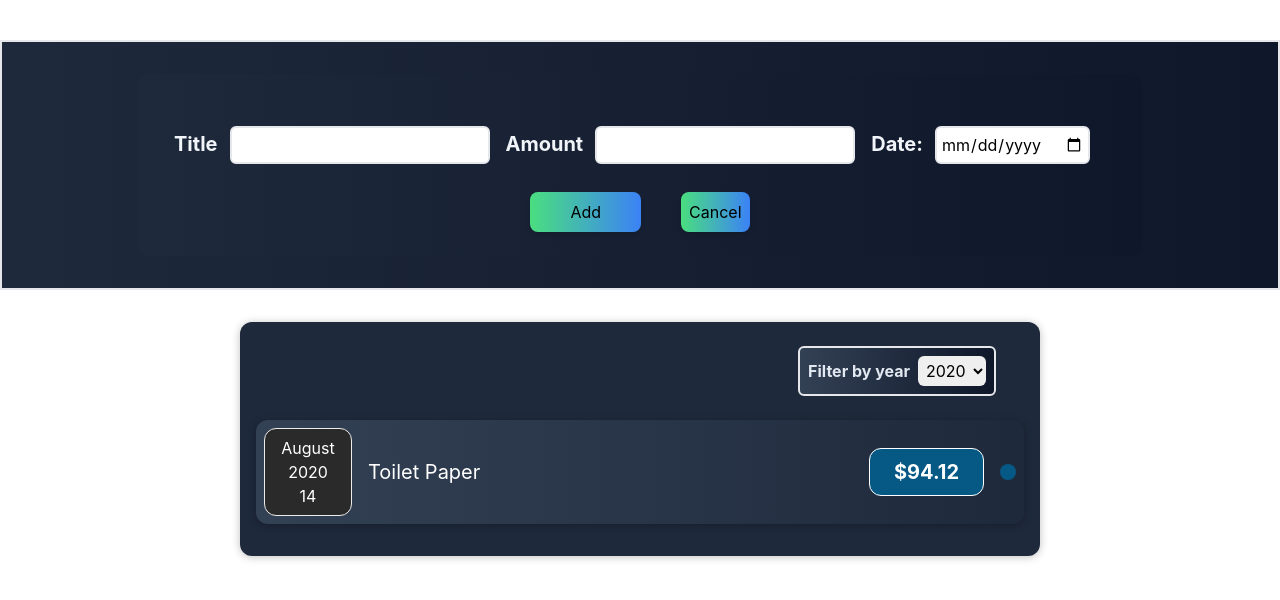
Repository: Sef24/expense-tracker
Page: /, after clicking the first element matching `button.flex`
These files come from the project's save history. The page is drawn as it stood at one moment and after the next save; the edit follows.
The browser window is 1280 px wide. The pictures show the whole page.
The project was rebuilt for these pictures with package versions that can differ from the ones it lists, and the page was loaded fresh each time. Also part of the build but not shown: src/components/NewExpense/NewExpense.css, src/components/NewExpense/ExpenseForm.css.

Above is the page before, as saved 2022-05-03 19:05:12.

### public/index.html
<!DOCTYPE html>
<html lang="en">
  <head>
    <meta charset="utf-8" />
    <link rel="icon" href="%PUBLIC_URL%/favicon.ico" />
    <meta name="viewport" content="width=device-width, initial-scale=1" />

    <meta
      name="description"
      content="Web site created using create-react-app"
    />
    <link rel="apple-touch-icon" href="%PUBLIC_URL%/logo192.png" />
    <!--
      manifest.json provides metadata used when your web app is installed on a
      user's mobile device or desktop. See https://developers.google.com/web/fundamentals/web-app-manifest/
    -->
    <link rel="manifest" href="%PUBLIC_URL%/manifest.json" />
    <!--
      Notice the use of %PUBLIC_URL% in the tags above.
      It will be replaced with the URL of the `public` folder during the build.
      Only files inside the `public` folder can be referenced from the HTML.

      Unlike "/favicon.ico" or "favicon.ico", "%PUBLIC_URL%/favicon.ico" will
      work correctly both with client-side routing and a non-root public URL.
      Learn how to configure a non-root public URL by running `npm run build`.
    -->
    <title>React App</title>
  </head>
  <body>
    <noscript>You need to enable JavaScript to run this app.</noscript>
    <div id="root"></div>
    <!--
      This HTML file is a template.
      If you open it directly in the browser, you will see an empty page.

      You can add webfonts, meta tags, or analytics to this file.
      The build step will place the bundled scripts into the <body> tag.

      To begin the development, run `npm start` or `yarn start`.
      To create a production bundle, use `npm run build` or `yarn build`.
    -->
  </body>
</html>

### src/App.js
import Expenses from "./components/Expenses";
import NewExpense from "./components/NewExpense/NewExpense";
import { useState } from "react";

const DUMMY_DATA = [
  {
    id: "e1",
    title: "Toilet Paper",
    amount: 94.12,
    date: new Date(2020, 7, 14),
  },
  { id: "e2", title: "New TV", amount: 799.49, date: new Date(2021, 2, 12) },
  {
    id: "e3",
    title: "Car Insurance",
    amount: 294.67,
    date: new Date(2021, 2, 28),
  },
  {
    id: "e4",
    title: "New Desk (Wooden)",
    amount: 450,
    date: new Date(2021, 5, 12),
  },
];

function App() {
  const [expenses, setExpenses] = useState(DUMMY_DATA);

  const addExpenseHandler = (expense) => {
    setExpenses((prevExpenses) => {
      return [expense, ...prevExpenses];
    });
  };
  return (
    <div>
      <div>
        <NewExpense onAddExpense={addExpenseHandler} />
        <Expenses items={expenses} />
      </div>
    </div>
  );
}

export default App;

### src/components/Expenses.js
import React, { useState } from "react";
import ExpenseItem from "./ExpenseItem";
import "./Expenses.css";
import ExpensesList from "./ExpensesList";
import ExpensesFilter from "./NewExpense/ExpensesFilter";

function Expenses(props) {
  const [filteredYear, setFilteredYear] = useState("2020");

  const filterChangeHandler = (selectedYear) => {
    setFilteredYear(selectedYear);
  };

  const filteredExpenses = props.items.filter((expense) => {
    return expense.date.getFullYear().toString() === filteredYear;
  });

  return (
    <div>
      <div className="expenses  bg-slate-800 ... ">
        <ExpensesFilter
          selected={filteredYear}
          onChangeFilter={filterChangeHandler}
        />
        <ExpensesList items={filteredExpenses} />
      </div>
    </div>
  );
}

export default Expenses;

### src/components/NewExpense/NewExpense.js
import React from "react";
import "./NewExpense.css";
import ExpenseForm from "./ExpenseForm";
import { useState } from "react";

function NewExpense(props) {
  const [isEditing, setIsEditing] = useState(false);

  const saveExpenseDataHandler = (enteredExpenseData) => {
    const expenseData = {
      ...enteredExpenseData,
      id: Math.random().toString(),
    };

    props.onAddExpense(expenseData);
    setIsEditing(false);
  };

  const startEditingHandler = () => {
    setIsEditing(true);
  };

  const stopEditingHandler = () => {
    setIsEditing(false);
  };

  return (
    <div
      className="flex w-full p-4 mt-10 items-center justify-center border-2
      bg-gradient-to-r from-slate-800 to-slate-900 ... px-10"
    >
      {!isEditing && (
        <button
          onClick={startEditingHandler}
          className="flex items-center justify-center border-2 p-4 rounded-lg text-slate-50
          cursor-pointer transition duration-100 transform hover:scale-125 hover:text-white
          bg-cyan-500 text-extra-bold"
        >
          Add Expense
        </button>
      )}
      {isEditing && (
        <ExpenseForm
          onSaveExpenseData={saveExpenseDataHandler}
          onCancel={stopEditingHandler}
        />
      )}
    </div>
  );
}

export default NewExpense;

### src/components/ExpenseItem.js
import React, { useState } from "react";
import "./ExpenseItem.css";
import ExpenseDate from "./ExpenseDate";

function ExpenseItem(props) {
  const [title, setTitle] = useState(props.title);

  const clickHandler = () => {
    setTitle("Updated");
    console.log(title);
  };

  return (
    <li>
      <div className="expense-item bg-gradient-to-r  from-slate-700  to-slate-800 ... border-x-cyan-100 ">
        <ExpenseDate date={props.date} />

        <div className="expense-item__description">
          <h2>{props.title}</h2>

          <div className="expense-item__price bg-sky-800">${props.amount}</div>
        </div>
        <button
          className="p-2 ml-4 border-transparent rounded-full border-0
        bg-sky-800 font-bold text-slate-50"
          onClick={clickHandler}
        ></button>
      </div>
    </li>
  );
}

export default ExpenseItem;

### src/components/Expenses.css
.expenses {
  padding: 1rem;

  margin: 2rem auto;
  width: 50rem;
  max-width: 95%;
  border-radius: 12px;
  box-shadow: 0 1px 8px rgba(0, 0, 0, 0.25);
}

### src/components/ExpensesList.js
import React from "react";

import ExpenseItem from "./ExpenseItem";

const ExpensesList = (props) => {
  if (props.items.length === 0) {
    return (
      <h2 className="text-white font-extrabold text-xl flex items-center justify-center">
        Found no expenses...
      </h2>
    );
  }

  return (
    <ul>
      {props.items.map((expense) => (
        <ExpenseItem
          key={expense.id}
          id={expense.id}
          title={expense.title}
          amount={expense.amount}
          date={expense.date}
        />
      ))}
    </ul>
  );
};

export default ExpensesList;

### src/components/NewExpense/ExpensesFilter.js
import React from "react";

const ExpensesFilter = (props) => {
  const dropdownChangeHandler = (event) => {
    props.onChangeFilter(event.target.value);
  };
  return (
    <div className="">
      <div className="flex justify-end p-2 mr-5 ">
        <div
          className="border-2  rounded-md border-inherit p-2 ml-6
        bg-gradient-to-r from-slate-700 to-slate-900 ..."
        >
          <label className="text-slate-200 font-bold mr-2">
            Filter by year
          </label>
          <select
            value={props.selected}
            onChange={dropdownChangeHandler}
            className="rounded-md p-1"
          >
            <option value="2022">2022</option>
            <option value="2021">2021</option>
            <option value="2020">2020</option>
            <option value="2019">2019</option>
          </select>
        </div>
      </div>
    </div>
  );
};

export default ExpensesFilter;

### src/components/NewExpense/ExpenseForm.js
import React, { useState } from "react";
import "./ExpenseForm.css";

function ExpenseForm(props) {
  const [titleHandler, setTitleHandler] = useState("");
  const [amountHandler, setAmountHandler] = useState("");
  const [dateHandler, setDateHandler] = useState("");

  const handleTitleChange = (event) => {
    setTitleHandler(event.target.value);
  };

  const handleAmountChange = (event) => {
    setAmountHandler(event.target.value);
  };

  const handleDateChange = (event) => {
    setDateHandler(event.target.value);
  };

  const handleSubmit = (event) => {
    event.preventDefault();

    const expenseData = {
      title: titleHandler,
      amount: amountHandler,
      date: new Date(dateHandler),
    };
    props.onSaveExpenseData(expenseData);
    setTitleHandler("");
    setAmountHandler("");
    setDateHandler("");
  };

  return (
    <form
      className="bg-gradient-to-r from-slate-800 to-slate-900 ... p-6 m-4 rounded-xl"
      onSubmit={handleSubmit}
    >
      <div className="flex justify-center pt-4 m-3">
        <div className="font-bold text-slate-100 text-xl mr-1 mt-1">Title</div>
        <input
          className="border-2 mr-4 ml-2 rounded-md p-1 hover:bg-slate-50 active:bg-slate-50 "
          type="text"
          onChange={handleTitleChange}
          value={titleHandler}
        />

        <div className="font-bold text-slate-100 text-xl mr-1 mt-1">Amount</div>
        <input
          className="border-2 mr-4 ml-2 rounded-md p-1 hover:bg-slate-50 active:bg-slate-50"
          type="number"
          min="0.01"
          step="0.01"
          onChange={handleAmountChange}
          value={amountHandler}
        />

        <div className="font-bold text-slate-100 text-xl mr-1 mt-1">Date:</div>
        <input
          className="border-2 mr-4 ml-2 rounded-md p-1 hover:bg-slate-50 active:bg-slate-50"
          type="date"
          onChange={handleDateChange}
          value={dateHandler}
        />
      </div>
      <div className="flex flex-grow space-x-10 items-center justify-center ">
        <button
          type="submit"
          className="p-2 mt-4 px-10 border-3 border-solid rounded-lg shadow-md
          bg-gradient-to-r from-green-400 to-blue-500
          hover:from-pink-500 hover:to-yellow-500 ...
          active:opacity-75"
        >
          Add
        </button>
        <button
          type="button"
          onClick={props.onCancel}
          className="p-2 mt-4 border-3 border-solid rounded-lg shadow-md
          bg-gradient-to-r from-green-400 to-blue-500
          hover:from-pink-500 hover:to-yellow-500 ...
          active:opacity-75"
        >
          Cancel
        </button>
      </div>
    </form>
  );
}

export default ExpenseForm;

### src/components/ExpenseItem.css
.expense-item {
  display: flex;
  justify-content: space-between;
  align-items: center;
  box-shadow: 0 2px 8px rgba(0, 0, 0, 0.25);
  padding: 0.5rem;
  margin: 1rem 0;
  border-radius: 12px;
}

.expense-item__description {
  display: flex;
  flex-direction: column;
  gap: 1rem;
  align-items: flex-end;
  flex-flow: column-reverse;
  justify-content: flex-start;
  flex: 1;
}

.expense-item h2 {
  color: #3a3a3a;
  font-size: 1rem;
  flex: 1;
  margin: 0 1rem;
  color: white;
}

.expense-item__price {
  font-size: 1rem;
  font-weight: bold;
  color: white;

  border: 1px solid white;
  padding: 0.5rem;
  border-radius: 12px;
}

@media (min-width: 580px) {
  .expense-item__description {
    flex-direction: row;
    align-items: center;
    justify-content: flex-start;
    flex: 1;
  }

  .expense-item__description h2 {
    font-size: 1.25rem;
  }

  .expense-item__price {
    font-size: 1.25rem;
    padding: 0.5rem 1.5rem;
  }
}

### src/components/ExpenseDate.js
import React from "react";
import "./ExpenseDate.css";

function ExpenseDate(props) {
  const month = props.date.toLocaleString("en-US", { month: "long" });
  const day = props.date.getDate();
  const year = props.date.getFullYear();

  return (
    <div className="expense-date">
      <div className="expense__month">{month}</div>
      <div className="expense__year">{year}</div>
      <div className="expense__day">{day}</div>
    </div>
  );
}

export default ExpenseDate;

Loaded but not shown: src/index.js (common file); src/index.css (common file); src/components/ExpenseDate.css (common file); tailwind.config.js (common file)

After the next save:
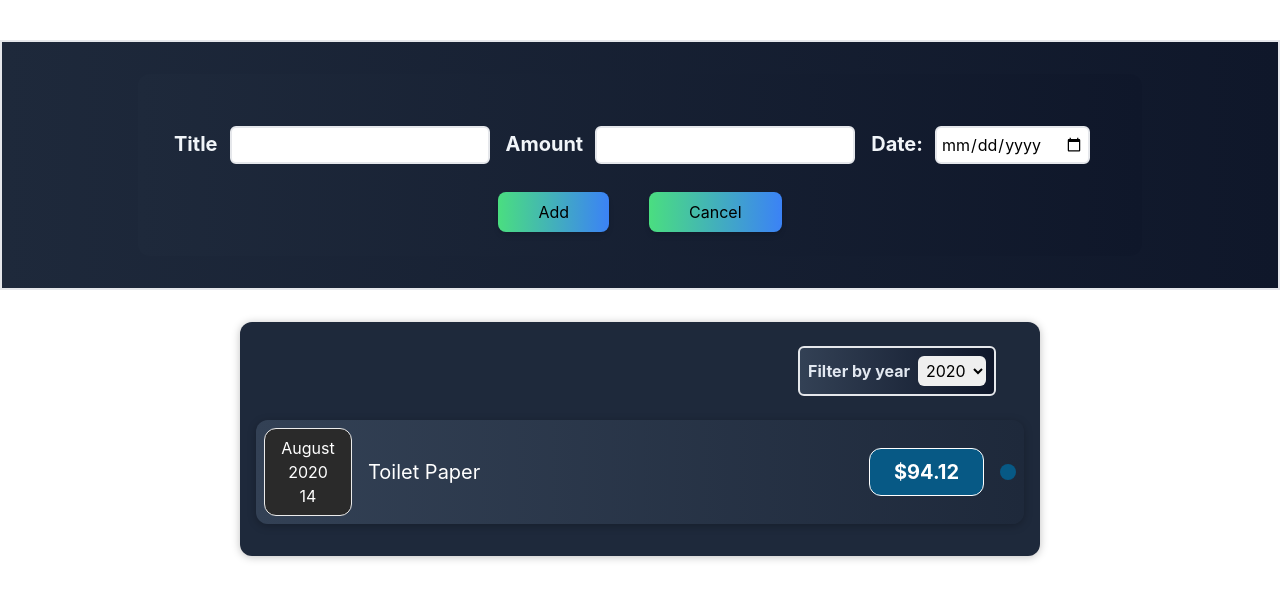
Saved 15 s later.
--- a/src/components/NewExpense/ExpenseForm.js
+++ b/src/components/NewExpense/ExpenseForm.js
@@ -77,7 +77,7 @@ function ExpenseForm(props) {
         <button
           type="button"
           onClick={props.onCancel}
-          className="p-2 mt-4 border-3 border-solid rounded-lg shadow-md
+          className="p-2 mt-4 px-10 border-3 border-solid rounded-lg shadow-md
           bg-gradient-to-r from-green-400 to-blue-500
           hover:from-pink-500 hover:to-yellow-500 ...
           active:opacity-75"
